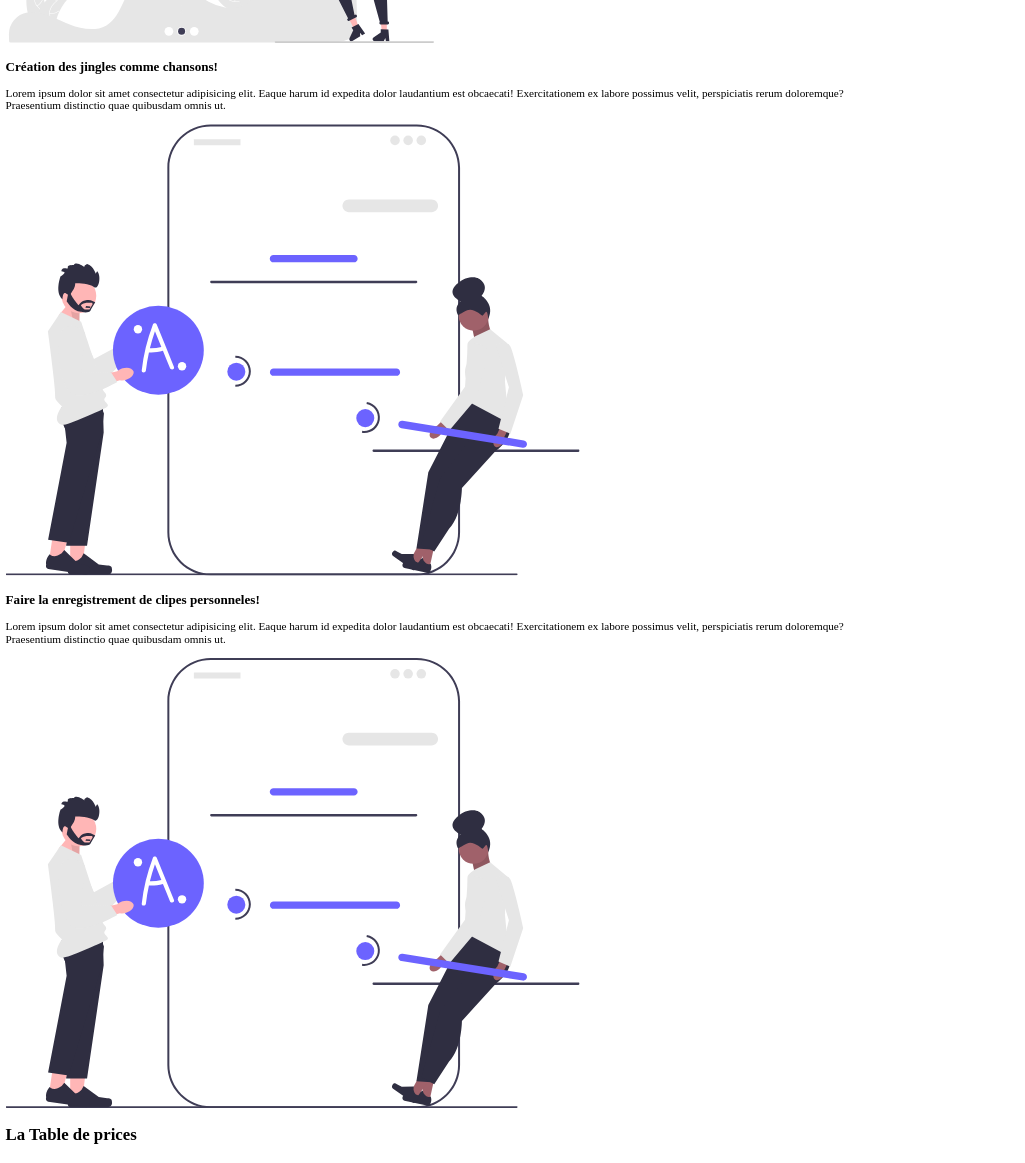
Repository: MarcioFreitasUFSC21/Proejct00
Page: ExampleSite/Assets/index2.html
An editor plug-in stored every save of this project. The page is shown before and after the next save, followed by the edit.
The browser window is 1280 px wide. The page is 1464 px wide, so the pictures cover 1464 px, including what lies to the right of the window. The pictures show the part of the page from y = 1826 to 3506 px (the page is 3488 px tall before and 3506 px after), at 70% of full size.

Above is the page before, as saved 2023-03-18 17:56:09.

After the next save:
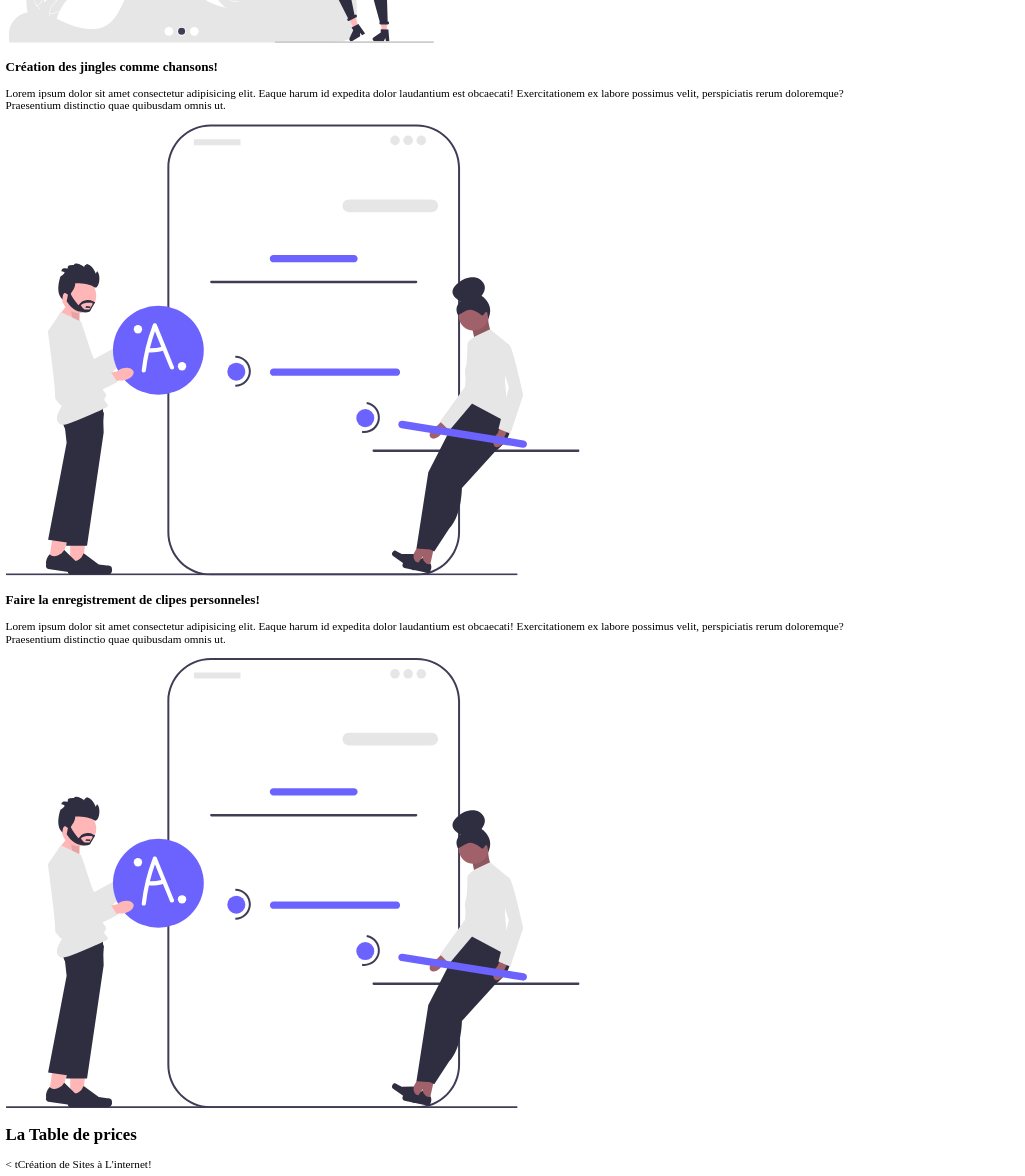
Saved 9 s later.
--- a/ExampleSite/Assets/index2.html
+++ b/ExampleSite/Assets/index2.html
@@ -68,7 +68,7 @@
                 </thead>
                 <tbody>
                     <tr>
-                        <Création></Création de Sites à L'internet! </td>
+                        < tCréation de Sites à L'internet! </td>
                     </tr>
                 </tbody>
             </table>

After the 4 saves that followed:
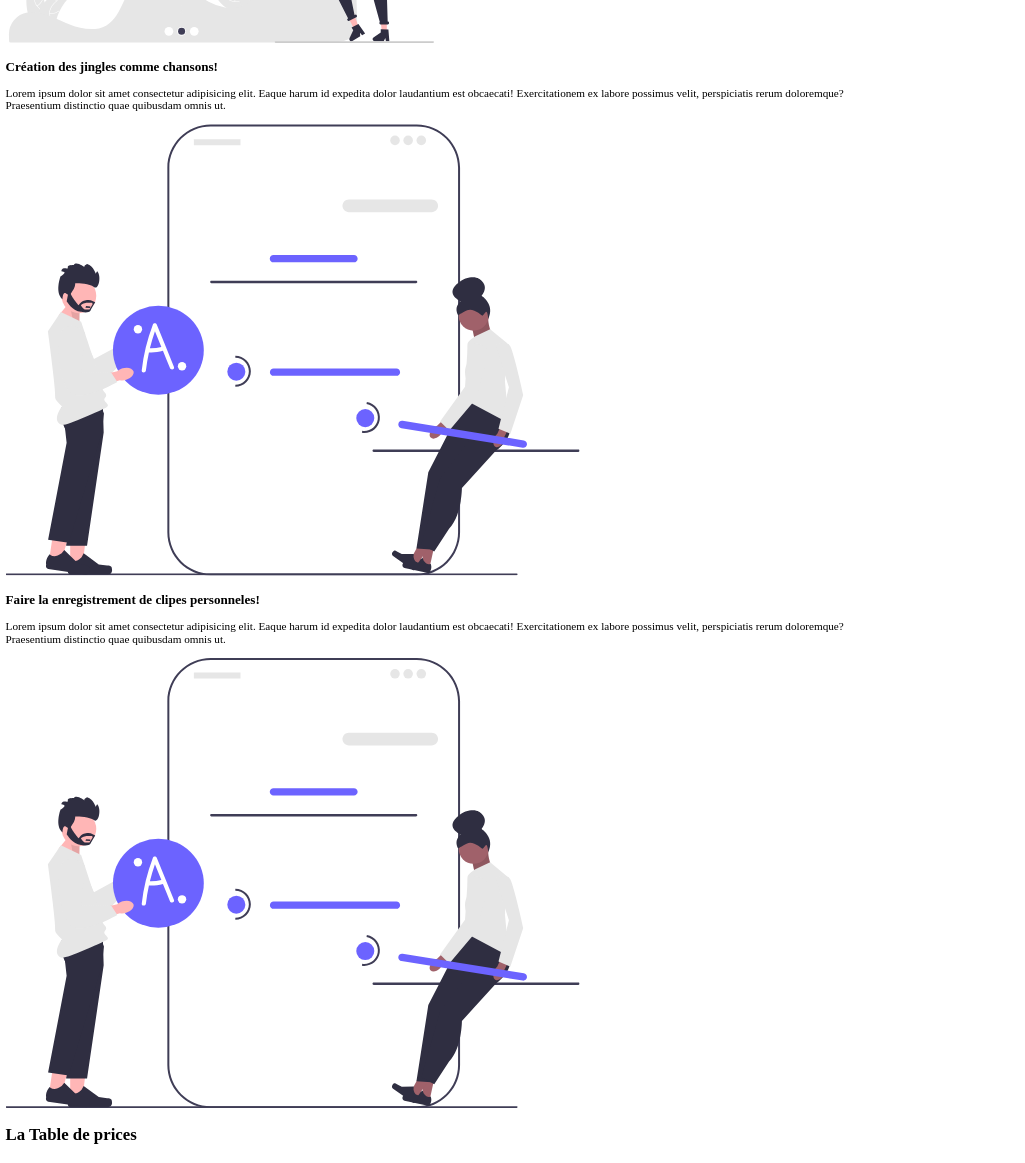
The 4 saves are shown as one change because they came seconds apart.
The last was saved 10 s later.
--- a/ExampleSite/Assets/index2.html
+++ b/ExampleSite/Assets/index2.html
@@ -68,7 +68,7 @@
                 </thead>
                 <tbody>
                     <tr>
-                        < tCréation de Sites à L'internet! </td>
+                        <tCréation> </tCréation de Sites à L'internet! </td>
                     </tr>
                 </tbody>
             </table>
